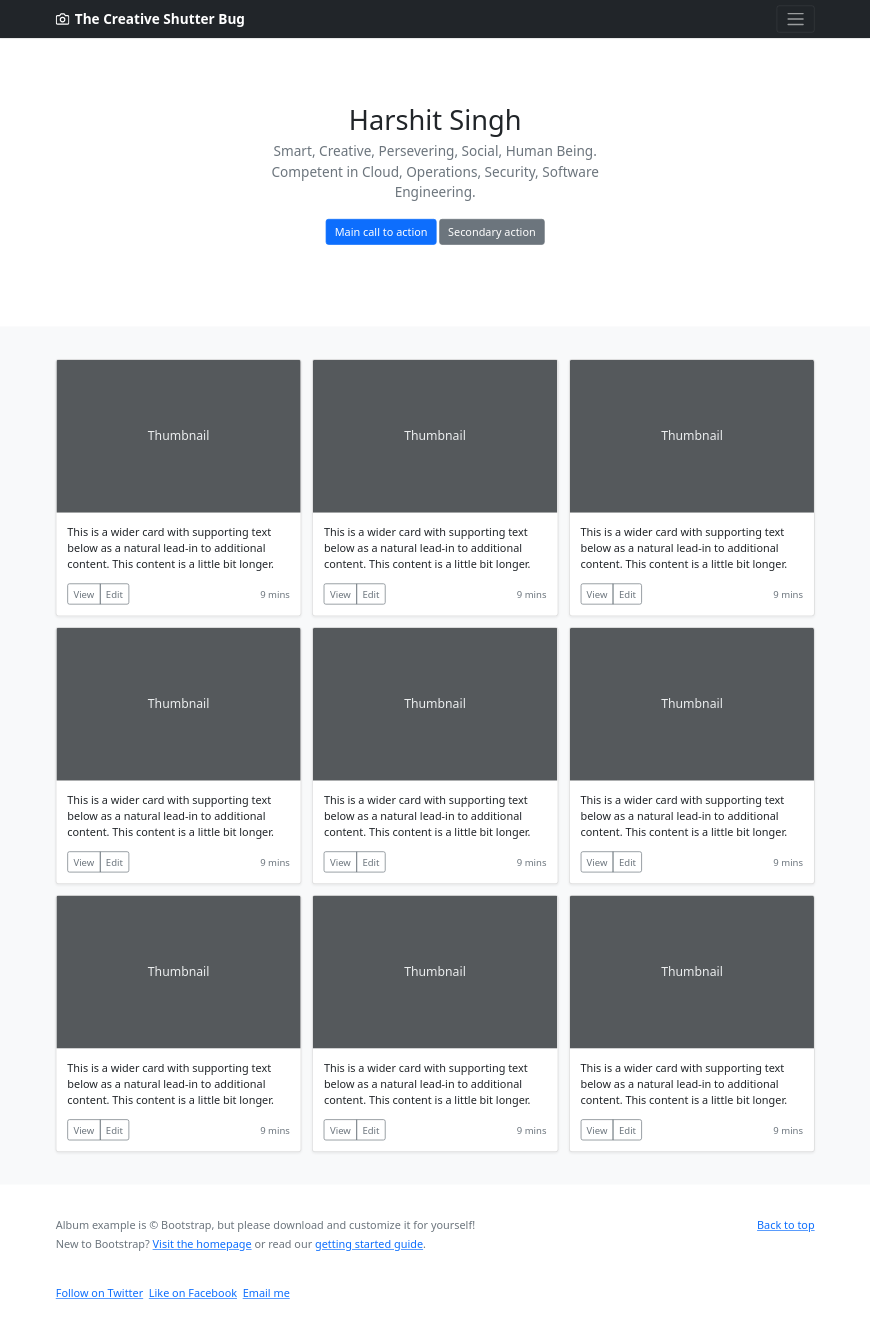
Repository: harshi93/pythonProjects
Page: http://localhost/jobs
The author's editor kept a copy of each file at every save. The page is drawn from the files as they stood at one save, then again after the next save.
The browser window is 1280 px wide. The pictures show the whole page, at 68% of full size.
The page is served by the project's application, run on Django 3.2 (manage.py).

Above is the page before, as saved 2021-07-29 23:29:58.

After the next save:
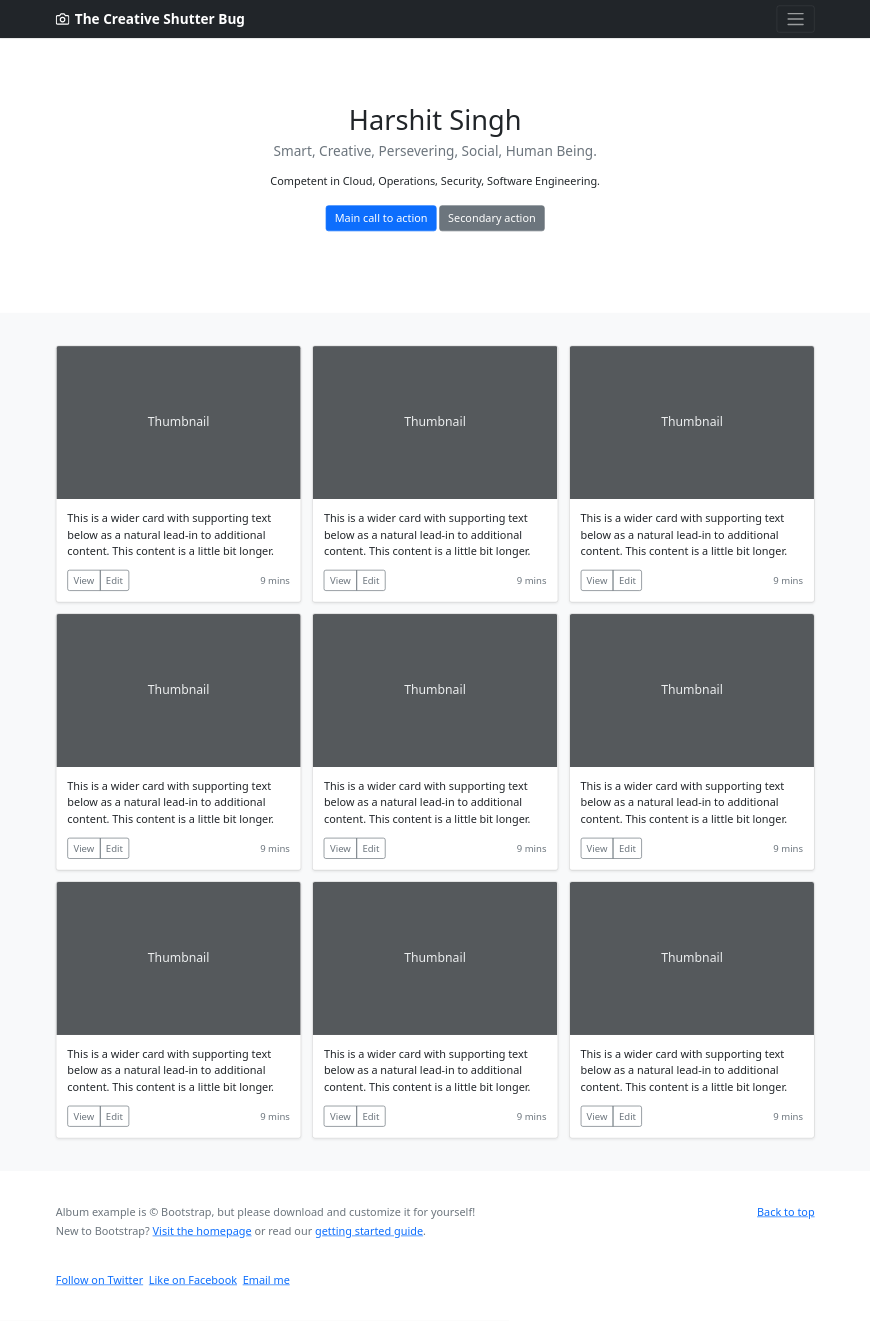
Saved 53 s later.
--- a/portfolio/jobs/templates/experience/exp.html
+++ b/portfolio/jobs/templates/experience/exp.html
@@ -75,7 +75,8 @@
     <div class="row py-lg-5">
       <div class="col-lg-6 col-md-8 mx-auto">
         <h1 class="fw-light">Harshit Singh</h1>
-        <p class="lead text-muted">Smart, Creative, Persevering, Social, Human Being. Competent in Cloud, Operations, Security, Software Engineering.</p>
+        <p class="lead text-muted">Smart, Creative, Persevering, Social, Human Being.</p>
+        <p>Competent in Cloud, Operations, Security, Software Engineering.</p>
         <p>
           <a href="#" class="btn btn-primary my-2">Main call to action</a>
           <a href="#" class="btn btn-secondary my-2">Secondary action</a>
